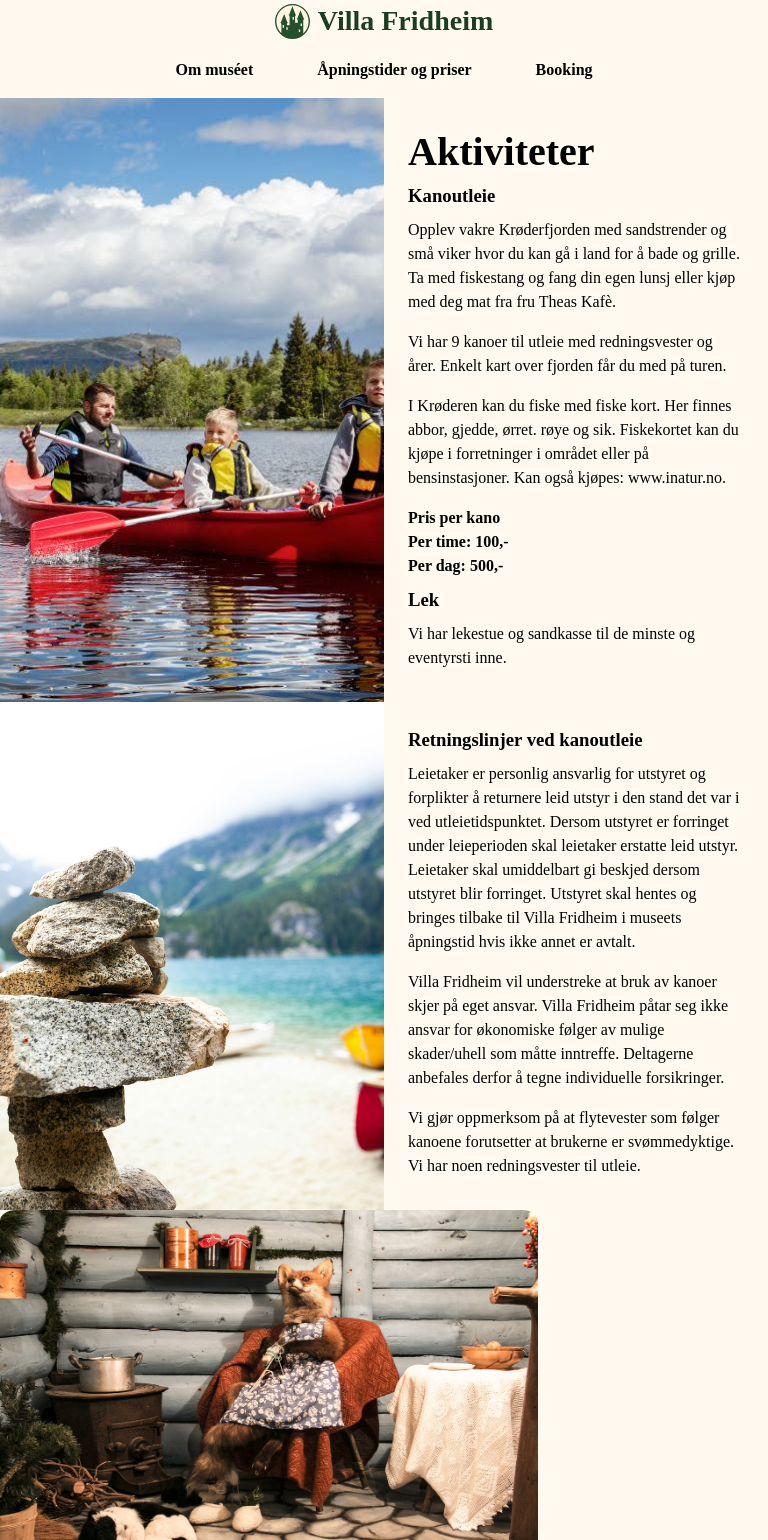
Repository: IdaHolmen/villa-fridheim
Page: src/activities.html
These files come from the project's save history. The page is drawn as it stood at one moment and after the next save; the edit follows.
The browser window is 768 px wide. The pictures show the part of the page from y = 0 to 1540 px (the page is 2842 px tall before and 3618 px after).
A picture or video elsewhere on the page could not be fetched, so the positions and the page height are approximate. Some web fonts or font styles are not loaded; a fallback is used.

Above is the page before, as saved 2024-10-15 14:49:35.

### src/activities.html
<!DOCTYPE html>
<html lang="en">
    <head>
        <meta charset="UTF-8" />
        <meta name="viewport" content="width=device-width, initial-scale=1.0" />

        <link rel="icon" type="image/x-icon" href="../assets/villa-fridheim-logo.svg" />

        <title>Villa Fridheim</title>
        <link rel="stylesheet" type="text/css" href="../css/reset.css" />
        <link rel="stylesheet" type="text/css" href="../css/style.css" />
        <link rel="stylesheet" type="text/css" href="../css/media-queries.css" />
    </head>
    <body>
        <header>
            <div class="headline-container">
                <a href="../index.html" id="home-button">
                    <img src="../assets/villa-fridheim-logo.svg" alt="Omrisset av et eventyrslott" class="main-logo" />
                    <h1 class="main-headline">Villa Fridheim</h1>
                </a>
            </div>

            <nav class="nav-bar">
                <a href="about.html" class="nav-link">Om muséet</a>
                <a href="info.html" class="nav-link">Åpningstider og priser</a>
                <a href="booking.html" class="nav-link">Booking</a>
            </nav>
        </header>

        <main class="main-container">
            <section class="normal-section">
                <div class="image-container">
                    <img src="../assets/kano.jpg" alt="En far og to små barn i en kano" class="page-image" />
                </div>

                <div class="text-container">
                    <article class="text">
                        <h2 class="section-headline">Aktiviteter</h2>
                        <h3>Kanoutleie</h3>
                        <p>
                            Opplev vakre Krøderfjorden med sandstrender og små viker hvor du kan gå i land for å bade og
                            grille. Ta med fiskestang og fang din egen lunsj eller kjøp med deg mat fra fru Theas Kafè.
                        </p>
                        <p>
                            Vi har 9 kanoer til utleie med redningsvester og årer. Enkelt kart over fjorden får du med
                            på turen.
                        </p>
                        <p>
                            I Krøderen kan du fiske med fiske kort. Her finnes abbor, gjedde, ørret. røye og sik.
                            Fiskekortet kan du kjøpe i forretninger i området eller på bensinstasjoner. Kan også kjøpes:
                            www.inatur.no.
                        </p>
                        <div class="bold-text">
                            <p>Pris per kano</p>
                            <p>Per time: 100,-</p>
                            <p>Per dag: 500,-</p>
                        </div>
                    </article>

                    <article class="text">
                        <h3>Lek</h3>
                        <p>Vi har lekestue og sandkasse til de minste og eventyrsti inne.</p>
                    </article>
                </div>
            </section>

            <section class="normal-section">
                <div class="image-container">
                    <img src="../assets/canoe2.jpg" alt="En kano på en sandstrand" class="page-image" />
                </div>

                <div class="text-container">
                    <article class="text">
                        <h3>Retningslinjer ved kanoutleie</h3>
                        <p>
                            Leietaker er personlig ansvarlig for utstyret og forplikter å returnere leid utstyr i den
                            stand det var i ved utleietidspunktet. Dersom utstyret er forringet under leieperioden skal
                            leietaker erstatte leid utstyr. Leietaker skal umiddelbart gi beskjed dersom utstyret blir
                            forringet. Utstyret skal hentes og bringes tilbake til Villa Fridheim i museets åpningstid
                            hvis ikke annet er avtalt.
                        </p>
                        <p>
                            Villa Fridheim vil understreke at bruk av kanoer skjer på eget ansvar. Villa Fridheim påtar
                            seg ikke ansvar for økonomiske følger av mulige skader/uhell som måtte inntreffe. Deltagerne
                            anbefales derfor å tegne individuelle forsikringer.
                        </p>
                        <p>
                            Vi gjør oppmerksom på at flytevester som følger kanoene forutsetter at brukerne er
                            svømmedyktige. Vi har noen redningsvester til utleie.
                        </p>
                    </article>
                </div>
            </section>

            <section class="experiences-section">
                <div class="info-text-container">
                    <article class="experiences">
                        <h2 class="section-headline">Opplevelser</h2>
                        <h3>Eventyrutstillingene</h3>
                        <p>
                            I underetasjen finner du en utstilling om de som samlet, fortalte og illustrerte eventyrene.
                            Her vises både bokillustrasjoner etter de tidlige eventyrtegnerne; Hans Gude, Adolph
                            Tidemand, Vincent Stoltenberg Lerche, Peter Nicolai Arbo, Gerhard August Schneider, Carl
                            Larsson, Erik Werenskiold og Theodor Kittelsen, den neste generasjon 1900-talls
                            illustratører med Ridley Borchgrevink, Per Krohg og Dagfinn Werenskiold, og temporære
                            separatutstillinger av nålevende eventyrkunstnere.
                        </p>
                        <p>
                            Museet er i hovedsak viet livsverkene til Peter Christen Asbjørnsen og Jørgen Moe,og tildels
                            også sønnen Moltke Moe, som ble født og trådte sine barnesko i Krødsherad. Men andre
                            eventyrsamlere, folkloristiske forskere og tradisjonsbærere (eventyrfortellere) hører
                            naturligvis også med, likeledes de internasjonale eventyrtypene, sagn, ballader og øvrige
                            folkediktningsgenre. Selv om vekten først og fremst er lagt på norske eventyr, er det også
                            presentert norske eventyr i oversettelse til fremmede språk og utenlandske eventyr, ettersom
                            eventyrene er et internasjonalt fellesgods. Brødrene Grimm, som var Asbjørnsens og Moes
                            største inspirasjonskilder er selvfølgelig også tilstede.
                        </p>
                        <p>
                            Dikterprestene Jørgen Moe og Andres Hovden hadde begge sitt virke i Krødsherad. I
                            utstillingen kan du se prestekjolen til Anders Hovden (residerende kapellan I Krødsherad
                            1902-09).
                        </p>
                    </article>
                </div>
                <div class="info-image-container">
                    <img
                        src="../assets/eventyrutstilling.jpg"
                        alt="Et eventyrtablå som forestiller Reveenka"
                        class="illustration-image"
                    />
                </div>
            </section>

            <section class="experiences-section">
                <div class="info-text-container">
                    <article class="experiences">
                        <h3>12 eventyrtablåer</h3>
                        <p>
                            Alle tablåene til dukkemaker Ingebjørg Andersen Lithell har flyttet til Eventyrmuseet. Nå
                            kan du blant annet møte Rødhette, Snehvit og de sju dvergene, Reveenka og Askeladden sammen
                            med utstoppet ulv, rev og bjørn.
                        </p>
                    </article>
                    <article class="experiences">
                        <h3>Brudesølv og Ringneskrona</h3>
                        <p>
                            Ringneskrona er en av de eldste og mest sjeldne kronene som er bevart. Originalen er på
                            Norsk Folkemuseum . Sannsynligvis har den tilhørt den opprinnelige stavkirken i Krødsherad,
                            Olberg stavkirke, og er av førreformatorisk opprinnelse.Den eldste delen av Ringneskrona er
                            fra 1600-tallet.
                        </p>
                        <p>
                            Brudekrona og annet brudesølv er bevart på Adolph Tidemands akvarell «bygdas fagreste
                            jente», og modellen på akvarellen er Ingeborg Aadnerud Gulsvik. Historielaget i Krødsherad
                            engasjerte gullsmed Inger-Lise Kolsrud til å lage en kopi av Ringneskrona, og denne ble
                            ferdig i 1998. Deretter ble Agnus Dei og brudebeltet fullført i 2007. Agnus Dei er et
                            tradisjonelt brudesmykke med brudedaler (penger). Brudekrona og brudesølvet er utstilt på
                            Villa Fridheim og du kan leie det når du skal gifte deg.
                        </p>
                    </article>
                    <article>
                        <h3>Egil Thorin Næsheim</h3>
                        <p>
                            Den imponerende hallen er dekorert med store eventyrmalerier av Egil Thorin Næsheim. Egil
                            Torin Næsheim har hatt illustrasjonsoppdrag for norske og utenlandske forlag, aviser og TV.
                            Han har hatt et stort antall utstillinger og blitt innkjøpt av flere institusjoner. Mange av
                            tegningene er utført i blyant og akvarell med motiv fra norsk natur i en lett karikert stil.
                            Egil Torin Næsheim har også tegnet mye for barn, blant annet eventyrmotiver, og har mottatt
                            Kultur- og kirkedepartementets pris for barne- og ungdomslitteratur tre ganger. Han har også
                            illustrert boken om «Eventyret om Trollet på Villa Fridheim» som du får kjøpt hos oss.
                        </p>
                    </article>
                </div>
                <div class="info-image-container">
                    <img
                        src="../assets/maleri-villa-fridheim.jpg"
                        alt="En trapp dekorert med eventyrmotiver"
                        id="illustration-image-long"
                    />
                </div>
            </section>
        </main>

        <footer class="footer">
            <h3>Kontaktinformasjon:</h3>
            <p>
                E-post:
                <a href="" id="email-element">villafridheim@museer.no</a>
            </p>
            <p>Telefon: 12345678</p>
        </footer>
    </body>
</html>

### css/reset.css
*, *::before, *::after {
	box-sizing: border-box;
  }

* {
	margin: 0;
	padding: 0;
}

body {
	line-height: 1.5;
	-webkit-font-smoothing: antialiased;
}

img, picture, video, canvas, svg {
	display: block;
	max-width: 100%;
}

input, textarea, select {
	font: inherit;
}

p, h1, h2, h3, h4, h5, h6 {
	overflow-wrap: break-word;
}

#root, #__next {
	isolation: isolate;
}

button {
	font: inherit;
	background: transparent;
	border: none;
	cursor: pointer;
	touch-action: manipulation;
}

a {
	color: inherit;
	text-decoration: none;
}

### css/style.css
@import url('https://fonts.googleapis.com/css2?family=Caudex:ital,wght@0,400;0,700;1,400;1,700&display=swap');

:root {
    --primary-color: #fff9ef;
    --secondary-color: #1d3d23;
}

/* BODY STYLING */
body {
    height: 100vh;
    width: 100%;
    display: flex;
    flex-direction: column;
    background-color: var(--primary-color);
    font-family: 'Caudex', 'Times New Roman', Times, serif;
}

/* HEADER STYLING */
header {
    display: flex;
    flex-direction: row;
    justify-content: center;
    align-items: center;
    background: var(--primary-color);
    color: var(--secondary-color);
    flex-basis: 10%;
}

.headline-container {
    flex-basis: 25%;
    display: flex;
    justify-content: center;
    align-items: center;
    flex-direction: row;
}

.main-headline {
    font-size: 1.75rem;
}

.main-logo {
    height: 35px;
    width: 35px;
    margin-right: 0.5rem;
}

.nav-bar {
    flex-basis: 85%;
    display: flex;
    justify-content: space-around;
    flex-direction: row;
    text-align: center;
    margin: 0;
}

.nav-link {
    text-decoration: none;
    color: black;
    padding: 0.5rem 1.5rem;
    font-weight: bold;
    margin: 1rem;
    border-radius: 5px;
    display: flex;
    transition: transform 0.2s ease-in-out;
}

.nav-link:hover {
    box-shadow: rgba(149, 157, 165, 0.2) 0px 8px 24px;
    transform: scale(1.1);
}

.nav-link:active {
    background-color: #e3e3e3;
}

#home-symbol {
    margin-right: 0.5rem;
    width: 25px;
    height: 25px;
}

/* FRONT PAGE STYLING */
.hero-section {
    position: relative;
    height: 30rem;
    width: 100%;
}

.hero-background {
    width: 100%;
    height: 30rem;
    object-fit: contain;
}

.hero-image {
    width: 100%;
    height: 30rem;
    object-fit: cover;
}

.hero-text-container {
    position: absolute;
    top: 0;
    left: 70%;
    width: 30%;
    height: 60%;
    color: var(--primary-color);
    display: flex;
    flex-direction: column;
}

.hero-content {
    font-size: 4.5rem;
    font-weight: bold;
}

.hero-content-sub-headline {
    font-size: 2rem;
    font-weight: bold;
    font-style: italic;
}

.main-container {
    flex-basis: 85%;
    display: flex;
    flex-direction: column;
    align-items: center;
}

.normal-section {
    width: 100%;
    height: 100%;
    display: flex;
}

.text-container {
    flex-basis: 50%;
    display: flex;
    flex-direction: column;
    justify-content: center;
    padding: 24px;
}

.text-container > p {
    margin: 0.5rem 0;
}

.image-container {
    flex-basis: 50%;
}

.page-image {
    height: 100%;
    object-fit: cover;
}

.link-section {
    width: 95%;
    background-color: #ffeded;
    margin-top: 4rem;
    display: flex;
    flex-direction: column;
    align-items: center;
}

.link-container-headline {
    width: 95%;
    flex-basis: 10%;
    margin: 1rem 1rem 1rem 4rem;
    padding: 0.8rem;
}

.section-headline {
    font-size: 2.5rem;
}

.link-container {
    flex-basis: 90%;
    width: 95%;
    display: flex;
    justify-content: space-around;
    align-items: center;
}

.navigation-container {
    height: 22rem;
    width: 18rem;
    margin: 1rem 1rem 2rem 1rem;
    display: flex;
    padding: 0.8rem;
    flex-direction: column;
    transition: transform 0.2s ease-in-out;
}

.navigation-container:hover {
    transform: scale(1.1);
}

.link-sub-headline {
    font-size: 1.2rem;
}

.link-image {
    object-fit: cover;
    padding: 0;
    min-height: 70%;
    margin-bottom: 0.5rem;
}

.footer-front-page {
    background-color: var(--secondary-color);
    color: var(--primary-color);
    flex-basis: 5%;
    display: flex;
    flex-direction: row;
    justify-content: space-around;
    padding: 1rem;
    font-size: 1rem;
    margin-top: 4rem;
}

/* STYLING FOR THE INTRO SECTION */
.intro-section {
    width: 95%;
    height: 16rem;
    background-color: #e2eef5;
    margin-top: 4rem;
    display: flex;
    flex-direction: column;
    align-items: center;
}

.intro-container {
    flex-basis: 90%;
    width: 95%;
    display: flex;
    flex-direction: column;
    justify-content: space-around;
    margin: 2rem;
    padding: 0.8rem;
    margin: 1rem 4rem 1rem 4rem;
}

/* STYLING FOR INFO PAGE */
.hours,
.price-element {
    margin: 1rem 0;
}

.price-element {
    width: 90%;
    display: flex;
    flex-direction: row;
    align-items: center;
    justify-content: space-between;
    font-size: 1rem;
}

/* STYLING FOR ACTIVITIES PAGE */
#home-button {
    display: flex;
    align-items: center;
}

.main-activities-container {
    flex-basis: 85%;
    display: flex;
    flex-direction: column;
    align-items: center;
}

.activities-section,
.experiences-section {
    display: flex;
    flex-direction: row;
}

.reverse-section {
    display: flex;
    flex-direction: row;
}

.text {
    display: flex;
    flex-direction: column;
}

.text > p {
    margin: 0.5rem 0;
}

.bold-text {
    font-weight: 900;
    margin: 0.5rem 0;
}

.illustration-image {
    width: 100%;
    border-radius: 3%;
}

#illustration-image-long {
    width: 90%;
    border-radius: 3%;
}

/* FOOTER */
footer {
    background-color: var(--secondary-color);
    color: var(--primary-color);
    flex-basis: 5%;
    display: flex;
    flex-direction: row;
    justify-content: space-around;
    padding: 1rem;
    font-size: 1rem;
}

a#email-element {
    text-decoration: underline;
}

/* STYLING FOR BOOKING PAGE */
.main-headline-booking {
    color: var(--primary-color);
}

.nav-link-booking {
    color: var(--primary-color);
    text-decoration: none;
    padding: 0.5rem 1.5rem;
    font-weight: bold;
    margin: 1rem;
    border-radius: 5px;
    display: flex;
    transition: transform 0.2s ease-in-out;
}

.nav-link-booking:hover {
    box-shadow: rgba(149, 157, 165, 0.2) 0px 8px 24px;
    transform: scale(1.1);
}

.booking-page-main {
    background-position: center;
    background-image: url('../assets/forest3.jpg');
    background-repeat: no-repeat;
    background-size: cover;
    background-attachment: fixed;
}

.booking-header {
    backdrop-filter: blur(60px);
    background: transparent;
}

.booking-container {
    flex-basis: 85%;
    width: 100%;
    display: flex;
    justify-content: center;
    flex-direction: column;
    align-items: center;
    background-color: rgba(0, 0, 0, 0.2);
}

.booking-form {
    position: relative;
    color: var(--primary-color);
    display: flex;
    flex-direction: column;
    align-items: center;
    height: 100%;
    width: 26rem;
    margin: 2rem;
    padding: 1rem;
    border: 2px solid #b5afaf;
    border-radius: 15px;
    backdrop-filter: blur(25px);
}

.input-field {
    width: 85%;
    height: 55px;
    color: var(--primary-color);
    background: transparent;
    padding-inline: 20px 54px;
    border-radius: 30px;
    border: 2px solid #b5afaf;
    outline: none;
    margin: 1rem 0;
}

.input-field:focus::placeholder {
    color: transparent;
}

#select-field {
    appearance: none;
    width: 85%;
    height: 55px;
    color: var(--primary-color);
    background: transparent;
    padding-inline: 20px;
    border-radius: 30px;
    border: 2px solid #b5afaf;
    cursor: pointer;
    outline: none;
    background-image: linear-gradient(45deg, transparent 50%, #fff5e1 50%),
        linear-gradient(135deg, #fff5e1 50%, transparent 50%);
    background-position: calc(100% - 20px) calc(1.3rem + 2px), calc(100% - 15px) calc(1.3rem + 2px);
    background-size: 5px 5px, 5px 5px, 1px 1.5em;
    background-repeat: no-repeat;
    margin: 1rem 0;
}

#comment-input {
    width: 85%;
    height: 6rem;
    color: var(--primary-color);
    background: transparent;
    border-radius: 10px;
    border: 2px solid #b5afaf;
    outline: none;
    padding-inline: 20px;
    margin: 1rem 0;
}

::placeholder {
    color: var(--primary-color);
}

#comment-input:focus::placeholder {
    color: transparent;
}

#submit-button {
    background-color: var(--primary-color);
    width: 8rem;
    padding: 0.5rem 1.5rem;
    font-weight: bold;
    border-radius: 30px;
    transition: transform 0.2s ease-in-out;
    margin: 0.5rem 0;
}

#submit-button:hover {
    background-color: #ffe8ba;
    transform: scale(1.1);
}

#submit-button:active {
    background-color: #d4d4d4;
}

#booking-footer {
    backdrop-filter: blur(25px);
    background: transparent;
}

### css/media-queries.css
@media screen and (max-width: 1000px) {
    header {
        flex-direction: column;
    }

    .nav-bar {
        align-items: center;
    }

    .nav-link {
        max-width: 16rem;
        margin: 0.5rem;
    }

    .hero-section {
        height: 45rem;
        background-color: var(--secondary-color);
    }

    .hero-text-container {
        top: 68%;
        left: 10%;
        width: 80%;
        height: 30%;
    }

    .hero-content {
        font-size: 3.5rem;
    }

    .about-section {
        flex-direction: column;
        align-items: center;
    }

    .main-info-container {
        flex-direction: column;
    }

    .activities-section {
        flex-direction: column-reverse;
    }

    .experiences-section {
        flex-direction: column-reverse;
    }

    .reverse-section {
        flex-direction: column-reverse;
    }

    .illustration-image {
        width: 70%;
    }

    #illustration-image-long {
        width: 60%;
    }

    .link-container {
        width: 70%;
        flex-wrap: wrap;
    }
}

@media screen and (max-width: 930px) {
    .link-container {
        width: 80%;
    }

    .navigation-container {
        width: 15rem;
        height: 18rem;
    }
}

@media screen and (max-width: 700px) {
    .footer,
    .footer-front-page {
        flex-direction: column;
        align-items: center;
    }

    .nav-bar {
        flex-direction: column;
    }

    .link-section,
    .intro-section {
        width: 100%;
    }

    .illustration-image {
        width: 100%;
    }

    #illustration-image-long {
        width: 80%;
    }

    .link-container {
        width: 100%;
    }
}

@media screen and (max-width: 500px) {
    .booking-form {
        width: 20rem;
    }

    .hero-content-sub-headline {
        font-size: 1.5rem;
    }

    .intro-section {
        height: 20rem;
    }
}

After the next save:
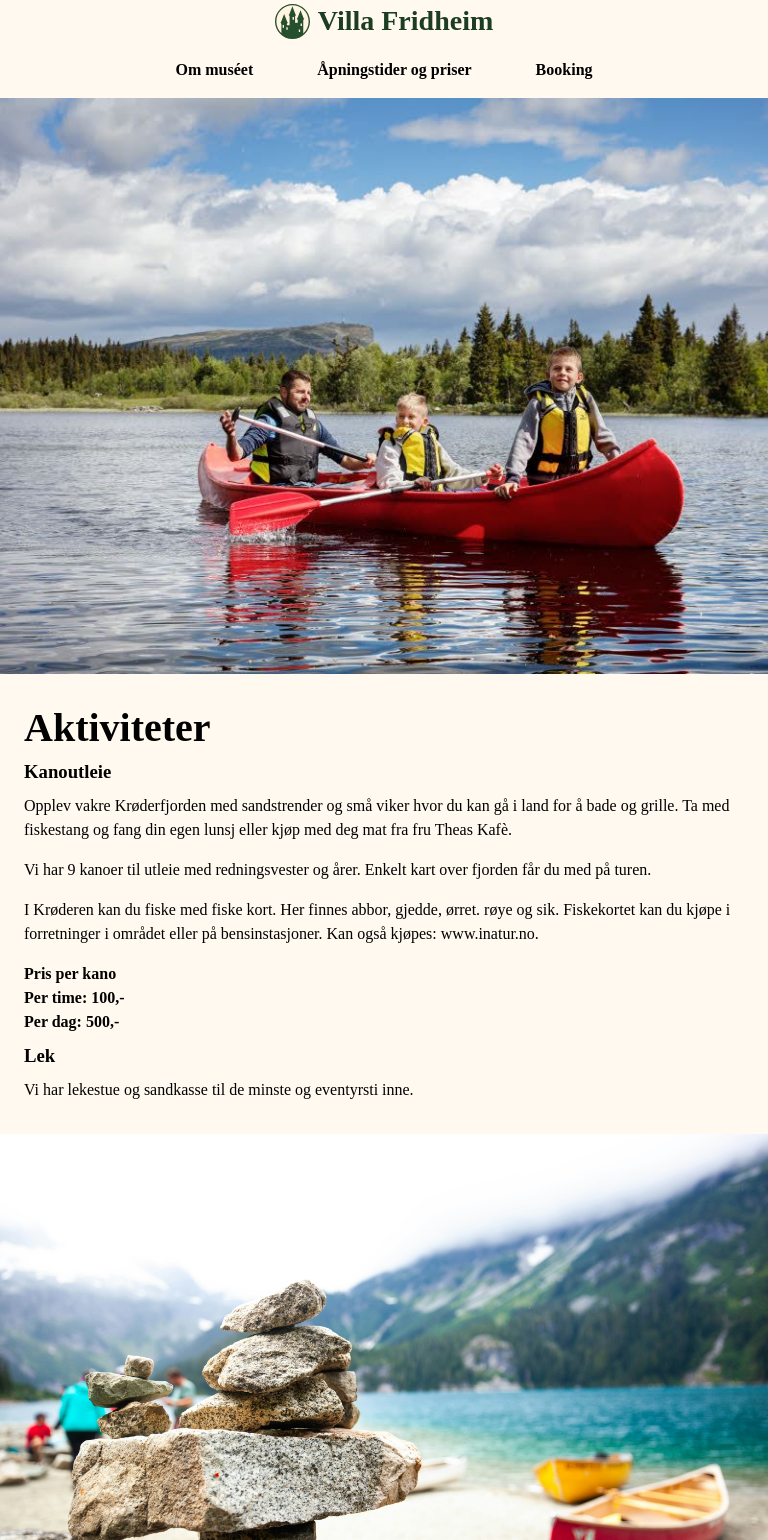
Saved 28 s later.
--- a/css/media-queries.css
+++ b/css/media-queries.css
@@ -28,7 +28,7 @@
         font-size: 3.5rem;
     }
 
-    .about-section {
+    .normal-section {
         flex-direction: column;
         align-items: center;
     }
